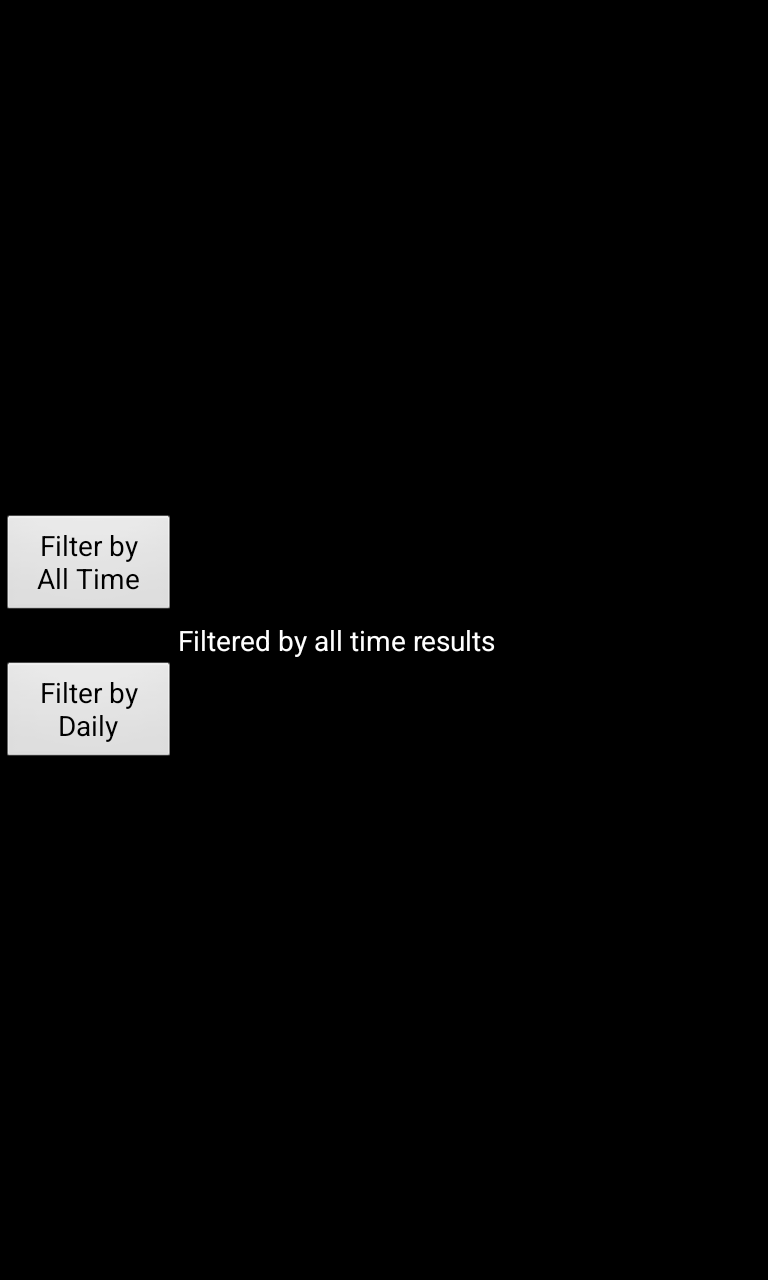
Repository: valleskeyp/IADHub
Layout: MGDGame-android/res/layout/main.xml
These files come from the project's save history. The layout is drawn as it stood at one moment and after the next save; the edit follows.
It is drawn on a 768 x 1280 px phone screen (xhdpi) without system bars, with theme android:Theme.NoTitleBar.Fullscreen; the app's code is not run. Lists and similar views that code fills are empty.

Above is the layout before, as saved 2013-08-01 16:02:00.

### MGDGame-android/res/layout/main.xml
<?xml version="1.0" encoding="utf-8"?>
<LinearLayout xmlns:android="http://schemas.android.com/apk/res/android"
    android:layout_width="fill_parent"
    android:layout_height="fill_parent"
    android:orientation="horizontal"
    android:background="@android:color/black" >

	<LinearLayout
	    android:layout_width="wrap_content"
	    android:layout_height="wrap_content"
	    android:orientation="vertical"
	    android:layout_gravity="center_vertical" >

	    <Button
	        android:id="@+id/filterAll"
	        android:layout_width="89dp"
	        android:layout_marginBottom="20dp"
	        android:layout_height="wrap_content"
	        android:text="Filter by All Time" />

	    <Button
	        android:id="@+id/filterDay"
	        android:layout_width="89dp"
	        android:layout_height="wrap_content"
	        android:text="Filter by Daily" />
	</LinearLayout>

	<LinearLayout
	    android:layout_width="wrap_content"
	    android:layout_height="wrap_content"
	    android:orientation="vertical"
	    android:layout_gravity="center_vertical" >
	    <TextView
            android:id="@+id/filterModeText"
            android:layout_width="match_parent"
            android:layout_height="wrap_content"
            android:text="Filtered by all time results"
            android:textColor="@android:color/white" />

        <LinearLayout
            android:layout_width="wrap_content"
            android:layout_height="wrap_content"
            android:background="@android:color/holo_blue_dark" >

            <ListView
                android:id="@+id/list_scores"
                android:layout_width="match_parent"
                android:layout_height="wrap_content"
                android:listSelector="@android:color/transparent"
				android:cacheColorHint="@android:color/transparent" >
            </ListView>
        </LinearLayout>

	</LinearLayout>

</LinearLayout>

After the next save:
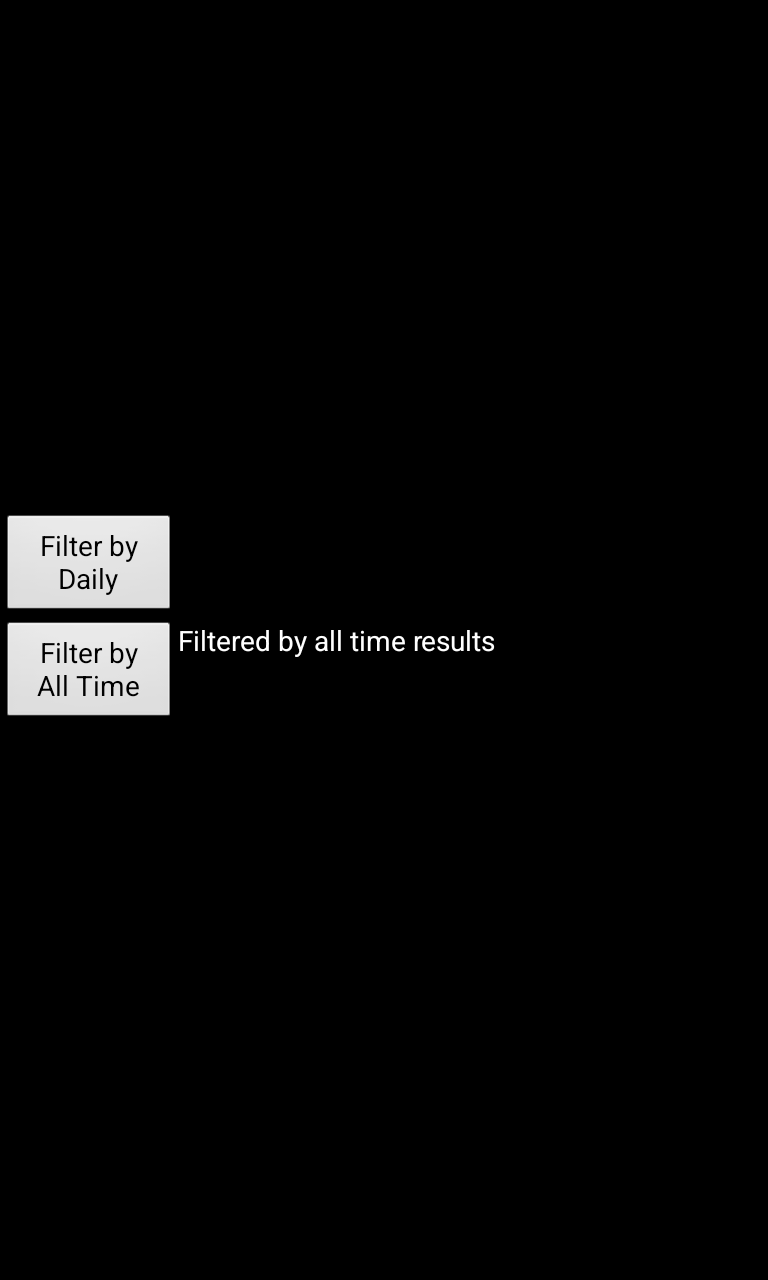
Saved 3 min 17 s later.
--- a/MGDGame-android/res/layout/main.xml
+++ b/MGDGame-android/res/layout/main.xml
@@ -12,17 +12,19 @@
 	    android:layout_gravity="center_vertical" >
 
 	    <Button
+	        android:id="@+id/filterDay"
+	        android:layout_width="89dp"
+	        android:layout_height="wrap_content"
+	        android:text="Filter by Daily" />
+
+	    <Button
 	        android:id="@+id/filterAll"
 	        android:layout_width="89dp"
 	        android:layout_marginBottom="20dp"
 	        android:layout_height="wrap_content"
 	        android:text="Filter by All Time" />
 
-	    <Button
-	        android:id="@+id/filterDay"
-	        android:layout_width="89dp"
-	        android:layout_height="wrap_content"
-	        android:text="Filter by Daily" />
+
 	</LinearLayout>
 
 	<LinearLayout
